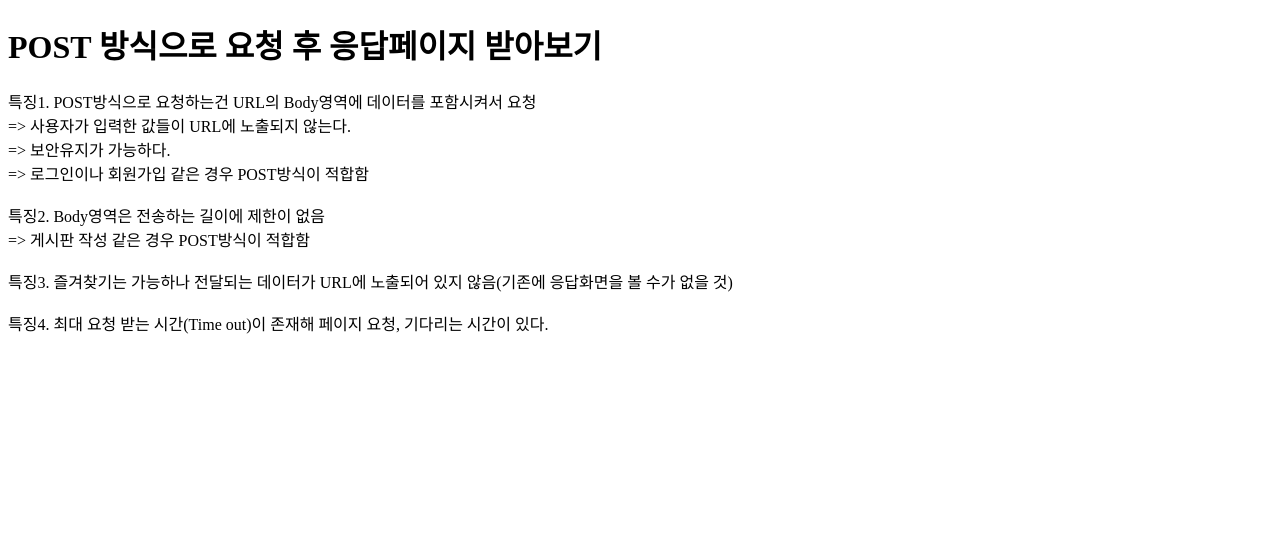
Repository: yejin0220/Web-workspace1
Page: 1_Servlet/WebContent/views/requestTest_POST.html
The author's editor kept a copy of each file at every save. The page is drawn from the files as they stood at one save, then again after the next save.
The browser window is 1280 px wide. The pictures show the whole page.

Above is the page before, as saved 2023-02-08 02:31:04.

### 1_Servlet/WebContent/views/requestTest_POST.html
<!DOCTYPE html>
<html>
<head>
<meta charset="UTF-8">
<title>POST 방식으로 요청 후 응답페이지 받아보기</title>
</head>
<body>

	<h1>POST 방식으로 요청 후 응답페이지 받아보기</h1>

	<p>
		특징1. POST방식으로 요청하는건 URL의 Body영역에 데이터를 포함시켜서 요청<br>
		=> 사용자가 입력한 값들이 URL에 노출되지 않는다. <br>
		=> 보안유지가 가능하다. <br>
		=> 로그인이나 회원가입 같은 경우 POST방식이 적합함 <br><br>

		특징2. Body영역은 전송하는 길이에 제한이 없음 <br>
		=> 게시판 작성 같은 경우 POST방식이 적합함<br><br>

		특징3. 즐겨찾기는 가능하나 전달되는 데이터가 URL에 노출되어 있지 않음(기존에 응답화면을 볼 수가 없을 것)<br><br>

		특징4. 최대 요청 받는 시간(Time out)이 존재해 페이지 요청, 기다리는 시간이 있다. <br>
	</p>

</body>
</html>

After the next save:
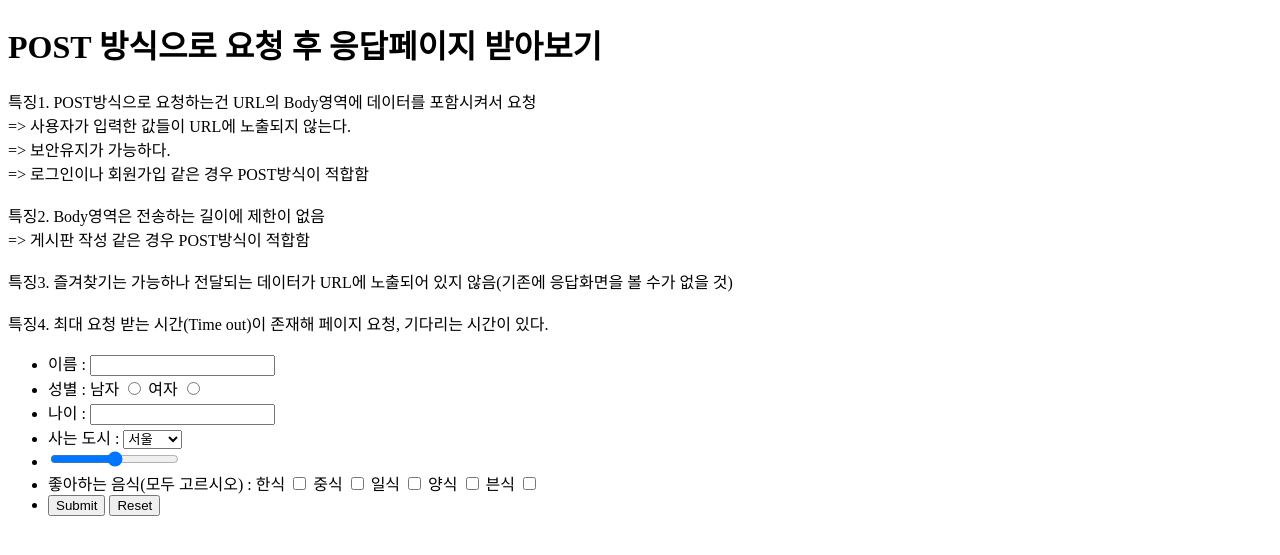
Saved 1 s later.
--- a/1_Servlet/WebContent/views/requestTest_POST.html
+++ b/1_Servlet/WebContent/views/requestTest_POST.html
@@ -22,5 +22,49 @@
 		특징4. 최대 요청 받는 시간(Time out)이 존재해 페이지 요청, 기다리는 시간이 있다. <br>
 	</p>
 
+
+	<form action="/servlet/test2.do" method="post">  <!-- 절대경로 방식(맨앞에 /가 붙냐 안붙냐 차이)-> -->
+
+		<ul>
+			<li>
+				<!-- input 태그 사용시 key값(name속성값)은 반드시 넘겨야 한다.(서버에서 필요한 속성) -->
+				이름 : <input type="text" name="name">
+			</li>
+			<li>
+				성별 :
+				남자 <input type="radio" name="gender" value="M">
+				여자 <input type="radio" name="gender" value="F">
+				<!-- radio 버튼 사용시 같은 묶음으로 묶어줄 경우, name속성값(key값)을 동일하게 작성해야함 -->
+			</li>
+			<li>
+				나이 : <input type="number" name="age">
+			</li>
+			<li>
+				사는 도시 :
+				<select name="city">
+					<option>서울</option>
+					<option>경기도</option>
+					<option>부산</option>
+				</select>
+			</li>
+			<li>
+				<input type="range" name="height" min="140" max="250">
+			</li>
+			<li>
+				좋아하는 음식(모두 고르시오) :
+				한식 <input type="checkbox" name="food" value="한식">
+				중식 <input type="checkbox" name="food" value="중식">
+				일식 <input type="checkbox" name="food" value="일식">
+				양식 <input type="checkbox" name="food" value="양식">
+				븐식 <input type="checkbox" name="food" value="분식">
+			</li>
+			<li>
+				<input type="submit">
+				<input type="reset">
+			</li>
+		</ul>
+
+	</form>
+
 </body>
 </html>
